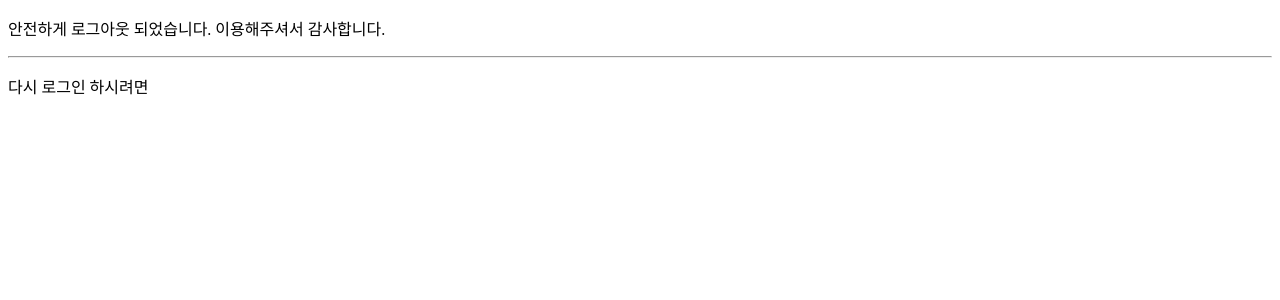
Repository: Gabintree/JDBC2019
Page: http://localhost/JDBC_20190521/20190527_Logout.jsp
The author's editor kept a copy of each file at every save. The page is drawn from the files as they stood at one save, then again after a run of saves.
The browser window is 1280 px wide. The pictures show the whole page.
The page is served by Tomcat 9.

Above is the page before, as saved 2019-05-27 00:56:42.

After the next 2 saves:
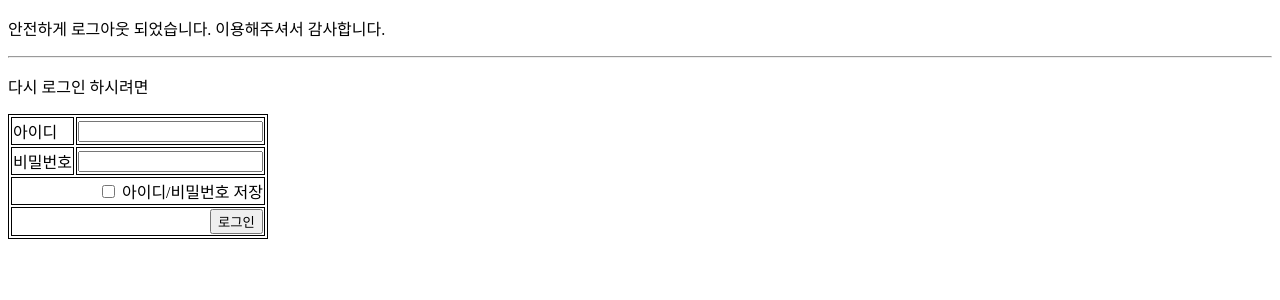
The 2 saves are shown as one change because they came seconds apart.
The last was saved 80 s later.
--- a/JDBC_20190521/WebContent/20190527_Logout.jsp
+++ b/JDBC_20190521/WebContent/20190527_Logout.jsp
@@ -13,5 +13,10 @@
 <p>안전하게 로그아웃 되었습니다. 이용해주셔서 감사합니다.</p>
 <hr>
 <p>다시 로그인 하시려면<br></p>
+
+<%
+ 	pageContext.include("20190527_Login.jsp");
+
+%>
 </body>
 </html>
